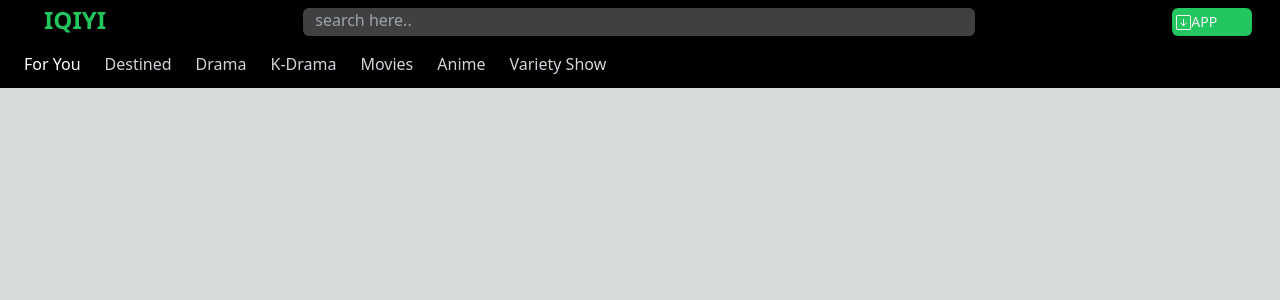
Repository: cozocozy/iqiyi-clone
Page: /
The author's editor kept a copy of each file at every save. The page is drawn from the files as they stood at one save, then again after the next save.
The browser window is 1280 px wide. The pictures show the whole page.
The project was rebuilt for these pictures with package versions that can differ from the ones it lists, and the page was loaded fresh each time. The framework's server and built-in components were replaced by stand-ins that run in the browser. Also part of the build but not shown: next.config.js.

Above is the page before, as saved 2023-07-16 10:38:47.

### pages/index.tsx
import Head from "next/head";
import Header from "./components/Header";

export default function Home() {
  return (
    <main>
      <Head>
        <title>IQIYI - watch Asian drama shows anime movie free online</title>
        <meta name="description" content="CLONE OF IQIYI WEBSITE" />
      </Head>
      <Header />
    </main>
  );
}

### styles/globals.css
@tailwind base;
@tailwind components;
@tailwind utilities;

:root {
  --foreground-rgb: 0, 0, 0;
  --background-start-rgb: 214, 219, 220;
  --background-end-rgb: 255, 255, 255;
}

@media (prefers-color-scheme: dark) {
  :root {
    --foreground-rgb: 255, 255, 255;
    --background-start-rgb: 0, 0, 0;
    --background-end-rgb: 0, 0, 0;
  }
}
.container-snap::-webkit-scrollbar {
  display: none;
}

body {
  color: rgb(var(--foreground-rgb));
  background: linear-gradient(to bottom, transparent, rgb(var(--background-end-rgb))) rgb(var(--background-start-rgb));
}

@layer components {
  .pages {
    @apply hover:text-green-500;
  }
}

### pages/components/Header.tsx
import React from "react";
import { BsArrowDownSquare, BsSearch } from "react-icons/bs";
import { AiOutlineMenu } from "react-icons/ai";
import Link from "next/link";
type Props = {};

function Header({}: Props) {
  return (
    <div className="fixed top-0 z-50 bg-black w-full">
      <div className="flex justify-between items-center py-1 ">
        <div className="flex ml-4 mx-3 lg:hidden">
          <AiOutlineMenu size={20} className="mt-2" />
          <h3 className="text-2xl text-green-500 font-bold ml-2 ">IQIYI</h3>
        </div>
        <div className="flex justify-center items-center w-full mt-1 ">
          {/* <button className="absolute border-l border-gray-500 ml-60 p-1 px-4">
            <BsSearch />
          </button> */}
          <input className="rounded rounded-md bg-neutral-700 w-full max-w-2xl pl-3 pb-1" placeholder="search here.." autoComplete="off"></input>
        </div>
        <button className="flex flex-row mr-7 mt-1 rounded rounded-md p-1 w-24 mx-3 bg-green-500 text-gray-100 items-center">
          <div className="">
            <BsArrowDownSquare size={15} />
          </div>
          <p className="text-sm">APP</p>
        </button>
      </div>
      <div className="flex flex-row  p-3 overflow-x-auto container-snap whitespace-nowrap space-x-6 ml-3 text-gray-300">
        <Link href="#" className="text-white pages">
          For You
        </Link>
        <Link href="#" className=" pages">
          Destined
        </Link>
        <Link href="#" className=" pages">
          Drama
        </Link>
        <Link href="#" className=" pages">
          K-Drama
        </Link>
        <Link href="#" className=" pages">
          Movies
        </Link>
        <Link href="#" className=" pages">
          Anime
        </Link>
        <Link href="#" className=" pages">
          Variety Show
        </Link>
      </div>
    </div>
  );
}

export default Header;

### tailwind.config.js
/** @type {import('tailwindcss').Config} */
module.exports = {
  content: ["./pages/**/*.{js,ts,jsx,tsx,mdx}", "./components/**/*.{js,ts,jsx,tsx,mdx}", "./app/**/*.{js,ts,jsx,tsx,mdx}"],
  theme: {
    extend: {
      backgroundImage: {
        "gradient-radial": "radial-gradient(var(--tw-gradient-stops))",
        "gradient-conic": "conic-gradient(from 180deg at 50% 50%, var(--tw-gradient-stops))",
      },
    },
    screens: {
      tablet: "<-640px",
      // => @media (min-width: 640px) { ... }

      laptop: "1024px",
      // => @media (min-width: 1024px) { ... }

      desktop: "1280px",
      // => @media (min-width: 1280px) { ... }
    },
  },
  plugins: [],
};

Loaded but not shown: pages/_app.tsx (common file); pages/_document.tsx (common file)

After the next save:
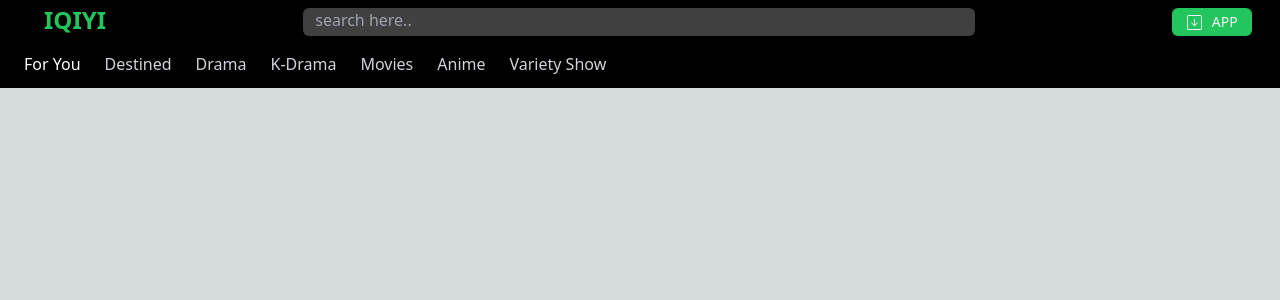
Saved 19 s later.
--- a/pages/components/Header.tsx
+++ b/pages/components/Header.tsx
@@ -18,7 +18,7 @@
           </button> */}
           <input className="rounded rounded-md bg-neutral-700 w-full max-w-2xl pl-3 pb-1" placeholder="search here.." autoComplete="off"></input>
         </div>
-        <button className="flex flex-row mr-7 mt-1 rounded rounded-md p-1 w-24 mx-3 bg-green-500 text-gray-100 items-center">
+        <button className="flex flex-row mr-7 mt-1 rounded rounded-md p-1 w-24 justify-evenly mx-3 bg-green-500 text-gray-100 items-center">
           <div className="">
             <BsArrowDownSquare size={15} />
           </div>
